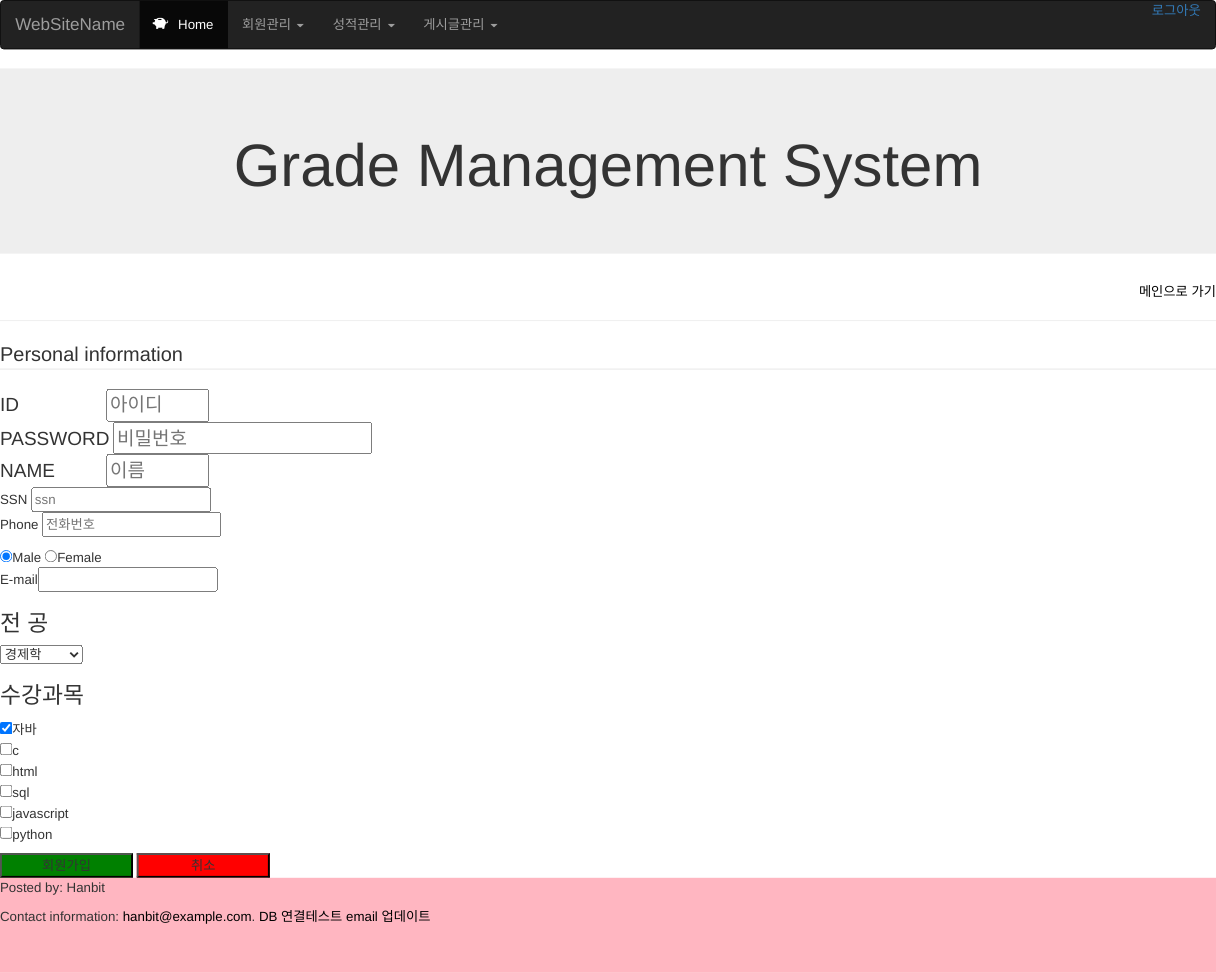
Repository: jeonghyunseok/GMSUI
Page: http://localhost/GMS2/WEB-INF/view/member/member_add.jsp
These files come from the project's save history. The page is drawn as it stood at one moment and after the next save; the edit follows.
The browser window is 1280 px wide. The pictures show the whole page, at 95% of full size.
Some web libraries are served in a nearby version. The page is served by Tomcat 9. Nobody is signed in. Other server files are loaded and not shown. The template is opened directly, without the code that normally fills it, so the values that code supplies are empty.

Above is the page before, as saved 2017-08-16 05:30:35.

### GMS2/WebContent/WEB-INF/view/member/member_add.jsp
<%@ page language="java" contentType="text/html; charset=UTF-8"
	pageEncoding="UTF-8"%>
	<jsp:include page="../common/common_head.jsp"/>
		<hr />
		<div id="container">
			<form id="join_form" name="join_form" action="${ctx}/member/service_add.jsp" method="get">
				<fieldset>
					<legend>Personal information</legend>
					<span id="join_id">ID</span>
					<input name="id" id="join_id" type="text" placeholder="아이디" /><br />

					<span id="join_pass">PASSWORD</span>
					<input name="password" id="join_pass" type="password" placeholder="비밀번호" /><br />

					<span id="join_name">NAME</span>
					<input name="name" id="join_name" type="text" 	placeholder="이름" /><br />

					<span id="join_ssn">SSN</span>
					<input name="ssn" id="join_ssn" type="text" placeholder="ssn" /><br />

					<span id="join_phone">Phone</span>
					<input name="phone" id="join_phone" type="text" placeholder="전화번호" /><br />
					<p></p>
					<input type="radio" name="gender" value="male" checked>Male
					<input type="radio" name="gender" value="female">Female <br />
					E-mail<input type="email" name="email" /> <br />
					<h3>전 공</h3>
					<select name="major_id">
						<option value="computer">컴퓨터공학</option>
						<option value="economics" selected>경제학</option>
						<option value="tourism">관광학</option>
						<option value="art">미술학</option>
					</select><br />
					<h3>수강과목</h3>
					<input type="checkbox" name="subject" value="java" checked />자바<br />
					<input type="checkbox" name="subject" value="c" />c <br /> <input
						type="checkbox" name="subject" value="html" />html<br /> <input
						type="checkbox" name="subject" value="sql" />sql<br /> <input
						type="checkbox" name="subject" value="javascript" />javascript<br />
					<input type="checkbox" name="subject" value="python" />python<br />
					<p></p>
					<input id="join_yes_btn" type="submit" value="회원가입" onsubmit="memberAdd()"/>
					<input id="join_no_btn" type="reset" value="취소"/>
					<input type="hidden" name="page" vlaue="main"/>
				</fieldset>
			</form>
		</div>

		<script>
		function memberAdd(){
			var join_id = document.getElementById("join_id").value;
			var join_pass = document.getElementById("join_pass").value;
			var join_name = document.getElementById("join_name").value;
			var join_phone = document.getElementById("join_phone").value;
			var join_ssn = document.getElementById("join_ssn").value;
			if(join_id===""){
				alert('ID를 입력해 주세요');
				return false;
			}
			if(join_pass===""){
				alert('PASSWORD를 입력해 주세요');
				return false;
			}
			if(join_name===""){
				alert('name를 입력해 주세요');
				return false;
			}
			if(join_phone===""){
				alert('phone를 입력해 주세요');
				return false;
			}
			if(join_ssn===""){
				alert('ssn를 입력해 주세요');
				return false;
			}
			var form=document.getElementById("join_form");
			form.action="${ctx}/member.do?action=join&page=main";
			form.method="post"
			return true;
		}
		</script>
<jsp:include page="../common/footer.jsp"></jsp:include>

### GMS2/WebContent/WEB-INF/view/common/common_head.jsp
<%@ page language="java" contentType="text/html; charset=UTF-8" pageEncoding="UTF-8"%>

<!DOCTYPE html>
<html>
<head>
<meta charset="UTF-8" name="viewport"
	content="width=device-width, initial-scale=1.0">
<title>Student detail</title>

<link rel="stylesheet" href="${ctx}/resources/css/common.css" />
<link rel="stylesheet" href="${ctx}/resources/css/member.css" />
 <link rel="stylesheet" href="https://maxcdn.bootstrapcdn.com/bootstrap/3.3.7/css/bootstrap.min.css">

 <script src="https://ajax.googleapis.com/ajax/libs/jquery/3.2.0/jquery.min.js"></script>
 <script src="https://maxcdn.bootstrapcdn.com/bootstrap/3.3.7/js/bootstrap.min.js"></script>
</head>
<body>
	<div id="wrapper">
		<header>
	    <jsp:include page="navbar.jsp"></jsp:include>
		<div class="jumbotron text-center">
		<h1>Grade Management System</h1>
        </div>
		</header>
	<a id="go_main" href="/index.jsp">메인으로 가기</a><br />

### GMS2/WebContent/WEB-INF/view/common/navbar.jsp
<%@ page language="java" contentType="text/html; charset=UTF-8" pageEncoding="UTF-8"%>
<nav class="navbar navbar-inverse">
  <div class="container-fluid">
    <div class="navbar-header">
      <a class="navbar-brand" href="#">WebSiteName</a>
    </div>
  	  <ul class="nav navbar-nav">
  	   <li class="active"><a id="nav_move"><span class="glyphicon glyphicon-piggy-bank"></span> &nbsp; Home</a></li>

		<li class="dropdown">
      <a href="#" class="dropdown-toggle"
      	data-toggle="dropdown" role="button"
      	aria-haspopup="true"
      	aria-expanded="false">회원관리 <span class="caret">
      	</span></a>

      	<ul id="navbar_drop_stu" >
   		<li><a >학생추가</a></li>
   		<li><a >학생목록</a></li>
   		<li><a >학생조회</a></li>
   		<li ></li>
   		<li><a >학생삭제</a></li>
      	</ul>
      	</li>

      	<li class="dropdown">
      <a href="#" class="dropdown-toggle"
      	data-toggle="dropdown" role="button"
      	aria-haspopup="true"
      	aria-expanded="false">성적관리 <span class="caret">
      	</span></a>
      	<ul id="navbar_drop_grade">
   		<li><a >성적추가</a></li>
   		<li><a >성적목록</a></li>
   		<li><a >성적조회</a></li>
   		<li ></li>
   		<li><a >성적 삭제</a></li>
      	</ul>
      	</li>

      	<li class="dropdown">
       <a href="#" class="dropdown-toggle"
       	data-toggle="dropdown" role="button"
      	aria-haspopup="true"
      	aria-expanded="false">게시글관리 <span class="caret">
      	</span></a>
      	<ul id="navbar_drop_board" >
   		<li><a >게시글추가</a></li>
   		<li><a >게시글목록</a></li>
   		<li><a >게시글조회</a></li>
   		<li ></li>
   		<li><a >게시글 삭제</a></li>
      	</ul>
      	</li>
   	 </ul>
   		<span class="gms-float-right" style="color:white"> ${sessionScope.user.name} &nbsp;
   		 <a  id="logout" >로그아웃</a></span>
	</div>
</nav>
	<script>

		function logout(dir,page){
		location.href="${ctx}/"+dir+".do?action=move&page="+page;
		return true;
		}

		function moveTo(dir,page){
			location.href="${ctx}/"+dir+".do?action=move&page="+page;
			}

		function deleteTarget(target){
	 		prompt(target+'의 ID?');
	 	}
		function mainLoad(){

			var u1=document.getElementById("main_ul_stu");
		 	var u2=document.getElementById("main_ul_grade");
		 	var u3=document.getElementById("main_ul_board");

		 u1.setAttribute("class","list-group");
		 u2.setAttribute("class","list-group");
		 u3.setAttribute("class","list-group");

		 	var u1c=u1.children;
		 	var u2c=u2.children;
		 	var u3c=u3.children;

		 	var i;
		 	for(i=0;i<u1c.length;i++){
		 		u1c[i].setAttribute("class","list-group-item");
		 	}

		 	for(i=0;i<u2c.length;i++){
		 		u2c[i].setAttribute("class","list-group-item");
		 	}
		 	for(i=0;i<u3c.length;i++){
		 		u3c[i].setAttribute("class","list-group-item");
		 	}

		 	u1c[0].setAttribute("onclick","moveTo('member','member_add')")
		 	u1c[1].setAttribute("onclick","moveTo('member','member_list')")
		 	u1c[2].setAttribute("onclick","moveTo('member','member_search')")
		 	u1c[3].setAttribute("onclick","moveTo('member','member_update')")
		 	u1c[4].setAttribute("onclick","deleteTarget('학생')")

		 	u2c[0].setAttribute("onclick","moveTo('grade','grade_add')")
		 	u2c[1].setAttribute("onclick","moveTo('grade','grade_list')")
			u2c[2].setAttribute("onclick","moveTo('grade','grade_detail')")
		 	u2c[3].setAttribute("onclick","moveTo('grade','grade_update')")
		 	u2c[4].setAttribute("onclick","deleteTarget('성적')");

		 	u3c[0].setAttribute("onclick","moveTo('board','board_add')")
		 	u3c[1].setAttribute("onclick","moveTo('board','board_list')")
		 	u3c[2].setAttribute("onclick","moveTo('board','board_update')")
		 	u3c[3].setAttribute("onclick","deleteTarget('게시글')")

		}

		function navbarLoad(){

			var u1=document.getElementById("navbar_drop_stu");
		 	var u2=document.getElementById("navbar_drop_grade");
		 	var u3=document.getElementById("navbar_drop_board");

		 	var u1c=u1.children;
		 	var u2c=u2.children;
		 	var u3c=u3.children;

		 u1.setAttribute("class","dropdown-menu");
		 u2.setAttribute("class","dropdown-menu");
		 u3.setAttribute("class","dropdown-menu");



		 	nav_move.setAttribute("onclick","moveTo('common','main')");



		 	u1c[0].setAttribute("onclick","moveTo('member','member_add')")
		 	u1c[1].setAttribute("onclick","moveTo('member','member_list')")
		 	u1c[2].setAttribute("onclick","moveTo('member','member_search')")
		 	u1c[3].setAttribute("role","separator");
		 	u1c[3].setAttribute("class","divider");
		 	u1c[4].setAttribute("onclick","deleteTarget('학생')")

		 	u2c[0].setAttribute("onclick","moveTo('grade','grade_add')")
		 	u2c[1].setAttribute("onclick","moveTo('grade','grade_list')")
		 	u2c[2].setAttribute("onclick","moveTo('grade','grade_detail')")
			u2c[3].setAttribute("role","separator");
		 	u2c[3].setAttribute("class","divider");
		 	u2c[4].setAttribute("onclick","deleteTarget('성적')");

		 	u3c[0].setAttribute("onclick","moveTo('board','board_add')")
		 	u3c[1].setAttribute("onclick","moveTo('board','board_list')")
		 	u3c[2].setAttribute("onclick","moveTo('board','board_update')")
		 	u3c[3].setAttribute("role","separator");
		 	u3c[3].setAttribute("class","divider");
		 	u3c[4].setAttribute("onclick","deleteTarget('게시글')")

		}
		  	window.onload=navbarLoad();


	</script>

### GMS2/WebContent/WEB-INF/view/common/footer.jsp
<%@ page language="java" contentType="text/html; charset=UTF-8" pageEncoding="UTF-8"%>
<!doctype html>
	<footer>
		<div>
				<p>Posted by: Hanbit</p>
				<p>
					Contact information: <a href="mailto:someone@example.com">
						hanbit@example.com</a>.
				<a href="../jdbctest.jsp">DB 연결테스트</a>
				<a href="../util/update_email.jsp">email 업데이트</a>
				</p>
	</div>
		</footer>
			</div>
					</body>
			</html>

### GMS2/WebContent/resources/css/common.css
@CHARSET "UTF-8";
html, body{height: 100%; margin: 0; padding: 0; border: 0;}
table{border-collapse:collapse;}
#wrapper{position: relative; min-height:100%;padding-bottom:100px;}
footer{position: absolute; bottom: 0; left: 0; width: 100%;  height: 100px;  background-color: lightpink;}
fotter div{width:80%;}
#go_main{float:right}
#container{width:100%; margin:0 auto; }
#text-cen{text-align: center}
#title{text-align:center; margin:0 auto;}
#text-cen{text-align:center;}
.gms-text-center{text-align:center;}
.gms-border-black{border: 1px solid black;}
.gms-width-30pro{width:30%;}
.gms-width-100pro{width:100%;}
.gms-text-deconone{text-decoration: none}
.gms-margine-auto{margin:0 auto}
.gms-list-none{list-style-type:none}
.gms-display-inline{display: inline-block;}
.gms-color-green{color:green}
.gms-backcolor-yellow{background-color:yellow}
.gms-color-blue{color:blue}
.gms-backcolor-red{background-color:#9afafa}
.gms-float-right{float:right}


/* unvisited link */
a:link { color: black;}
/* visited link */
a:visited {color: green;}
/* mouse over link */
a:hover {color: red;}
/* selected link */
a:active {color: blue;}

### GMS2/WebContent/resources/css/member.css
@CHARSET "UTF-8";
@IMPORT "common.css";
/*index.jsp*/
#index-tab{width:75%; margin:80px auto;width:80%;border:2px solid blue}
#index-tab-tr>td{border: 1px solid black; width:30%;padding:30px; text-align:center; text-decoration: none}
#index-tab-tr>th{border: 1px solid black; width:30%; text-align:center; text-decoration: none}
.index-ul{width: 200px;text-decoration: none;list-style-type:none}
.index-ul>li{border: 1px solid black;}
.index-ul>li>a{text-decoration: none; list-style-type:none}
#wrapper{width:100%;}
#index-h1{text-align:center; margin:0 auto;font-size:80px;}
/*login.jsp*/
#login_img{width: 200px;height: 200px; text-align:center;}
#login_id{font-size:20px;width:108px;display: inline-block;}
#login_pass{font-size:20px;display: inline-block;}
#login_botton{width: 150px; background-color:yellow;}
#cancel_botton{width: 150px; background-color:red;}
/*join.jsp*/
#join_id{font-size:20px;width:108px;display: inline-block;}
#join_pass{font-size:20px;display: inline-block;}
#join_name{font-size:20px;width:108px;display: inline-block;}
#join_birth{font-size:15px;width:60px;display: inline-block;}
#join_yes_btn{width:140px ; background-color:green;margin:0 auto;}
#join_no_btn{width:140px ; background-color:red;margin:0 auto;}
#join_form{margin:0 auto;}
/*login_list.jsp*/
#member_list_tab {width:60%;margin:0 auto;}
#member_list_tab th{border-bottom:2px solid black;height:40px;text-align:center;background-color:yellow;}
#member_list_tab td{border-bottom:2px solid black;height:40px;text-align:center;}
/*member_search*/
#member_search_box{width:300px;margin:0 auto;}
/*member_detail*/
#member_detail_tab {width: 60%;margin:0 auto;}
#member_detail_tab tr{border:2px solid black;height:40px;text-align:center;}
#member_detail_tab td{border:2px solid black;height:40px;text-align:center;}

After the next save:
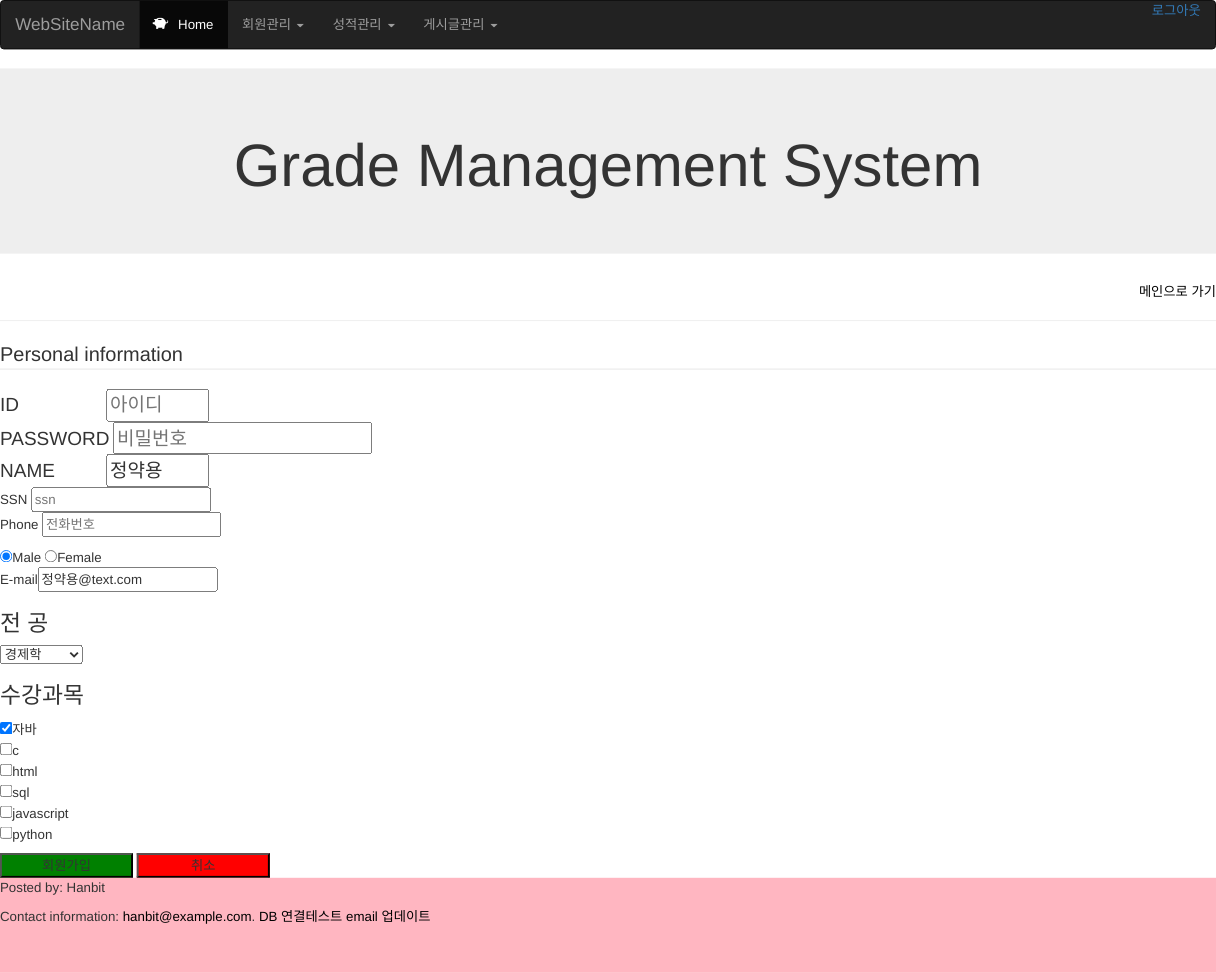
Saved 2 min 26 s later.
--- a/GMS2/WebContent/WEB-INF/view/member/member_add.jsp
+++ b/GMS2/WebContent/WEB-INF/view/member/member_add.jsp
@@ -13,7 +13,7 @@
 					<input name="password" id="join_pass" type="password" placeholder="비밀번호" /><br />
 
 					<span id="join_name">NAME</span>
-					<input name="name" id="join_name" type="text" 	placeholder="이름" /><br />
+					<input name="name" id="join_name" type="text" value="정약용"	placeholder="이름" /><br />
 
 					<span id="join_ssn">SSN</span>
 					<input name="ssn" id="join_ssn" type="text" placeholder="ssn" /><br />
@@ -21,9 +21,9 @@
 					<span id="join_phone">Phone</span>
 					<input name="phone" id="join_phone" type="text" placeholder="전화번호" /><br />
 					<p></p>
-					<input type="radio" name="gender" value="male" checked>Male
+					<input type="radio" name="gender" value="male" checked/>Male
 					<input type="radio" name="gender" value="female">Female <br />
-					E-mail<input type="email" name="email" /> <br />
+					E-mail<input type="email" name="email" value="정약용@text.com"/> <br />
 					<h3>전 공</h3>
 					<select name="major_id">
 						<option value="computer">컴퓨터공학</option>
